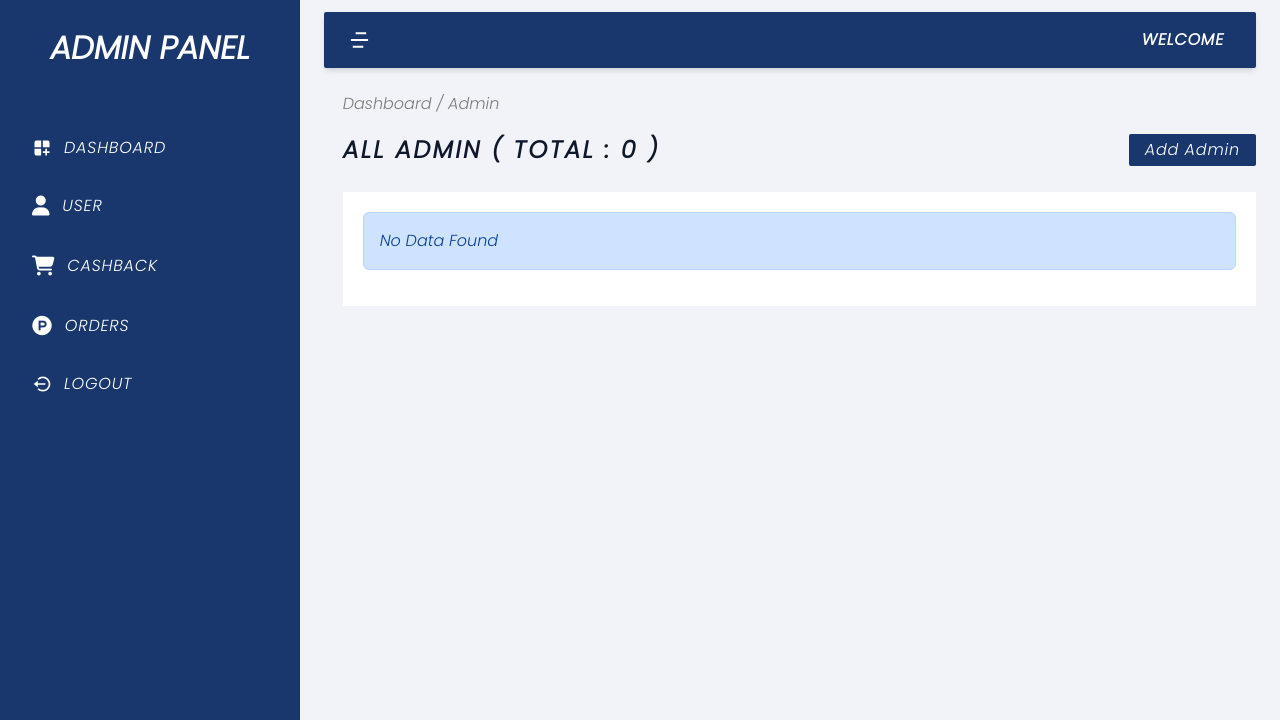
Repository: FlyweisReact/Ankit-Pandey-Admin-Panel
Page: /Admin
The author's editor kept a copy of each file at every save. The page is drawn from the files as they stood at one save, then again after a run of saves.
The browser window is 1280 px wide. The pictures show the whole page.
The page's requests for data from a server got no answer. Some web libraries are served in a nearby version. The project was rebuilt for these pictures with package versions that can differ from the ones it lists, and the page was loaded fresh each time. No one was signed in, and anything a server would have sent is missing. Also part of the build but not shown: src/E-CommerceAdmin/pages/EAdminCustomer.js. Imported but missing from the stored project, and not drawn on this page: src/E-CommerceAdmin/forms/Login, src/E-CommerceAdmin/pages/Dashboard, src/E-CommerceAdmin/pages/EAdminOrders.

Above is the page before, as saved 2023-06-16 15:23:19.

After the next 2 saves:
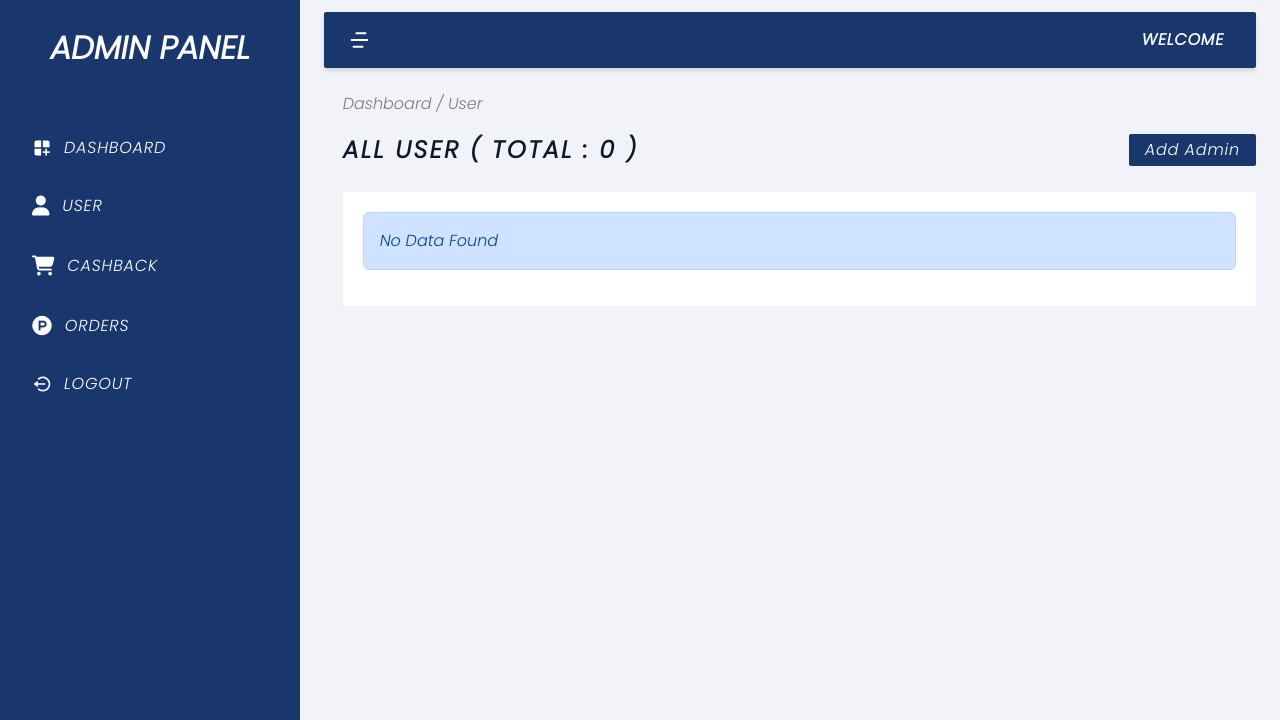
The 2 saves are shown as one change because they came seconds apart.
The last was saved 28 s later.
--- a/src/E-CommerceAdmin/pages/EAdmin.js
+++ b/src/E-CommerceAdmin/pages/EAdmin.js
@@ -191,7 +191,7 @@ const EAdmin = () => {
         onHide={() => setModalShow(false)}
       />
 
-      <p className="headP">Dashboard / Admin</p>
+      <p className="headP">Dashboard / User</p>
       <div
         className="pb-4 sticky top-0  w-full flex justify-between items-center"
         style={{ width: "98%", marginLeft: "2%" }}
@@ -200,7 +200,7 @@ const EAdmin = () => {
           className="tracking-widest text-slate-900 font-semibold uppercase "
           style={{ fontSize: "1.5rem" }}
         >
-          All Admin ( Total : {data?.length} )
+          All User ( Total : {data?.length} )
         </span>
         <button
           onClick={() => {
